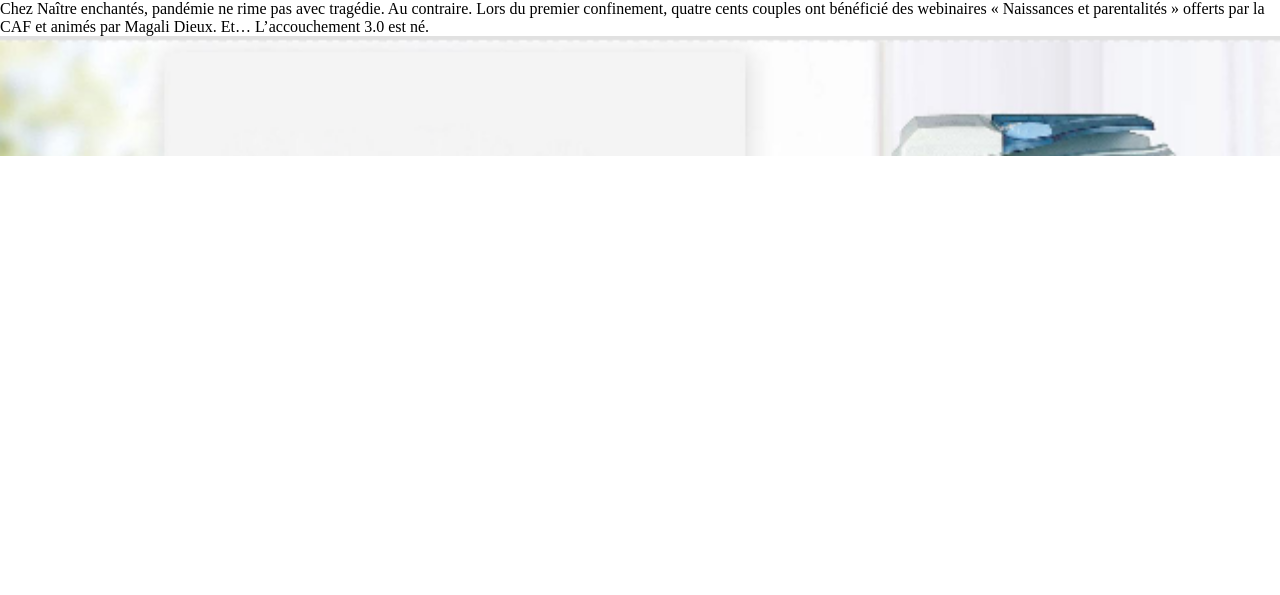
Repository: clairedupuich/kong_jian
Page: sllider_simple/index.html
The author's editor kept a copy of each file at every save. The page is drawn from the files as they stood at one save, then again after the next save.
The browser window is 1280 px wide. The pictures show the whole page.

Above is the page before, as saved 2020-12-07 22:38:08.

After the next save:
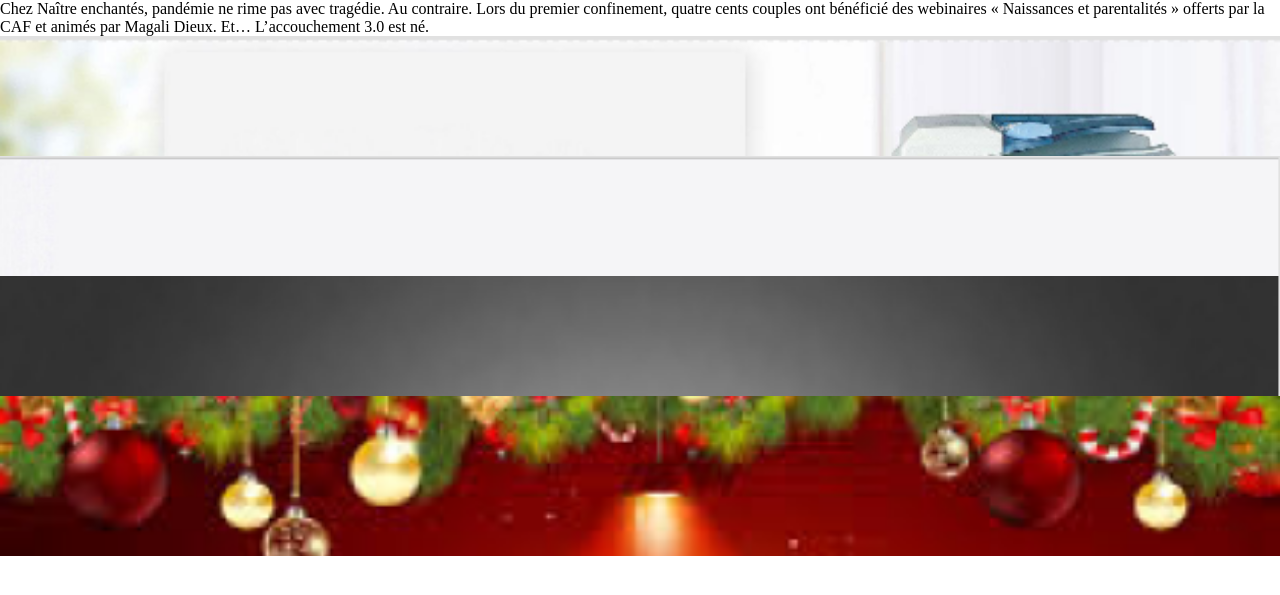
Saved 35 s later.
--- a/sllider_simple/style.css
+++ b/sllider_simple/style.css
@@ -10,7 +10,7 @@ ul {
 #view {
     position: relative;
     width: 100%;
-    height: 120px;
+    height: 520px;
    /*  margin-left: 320px; */
 
     overflow: hidden;
